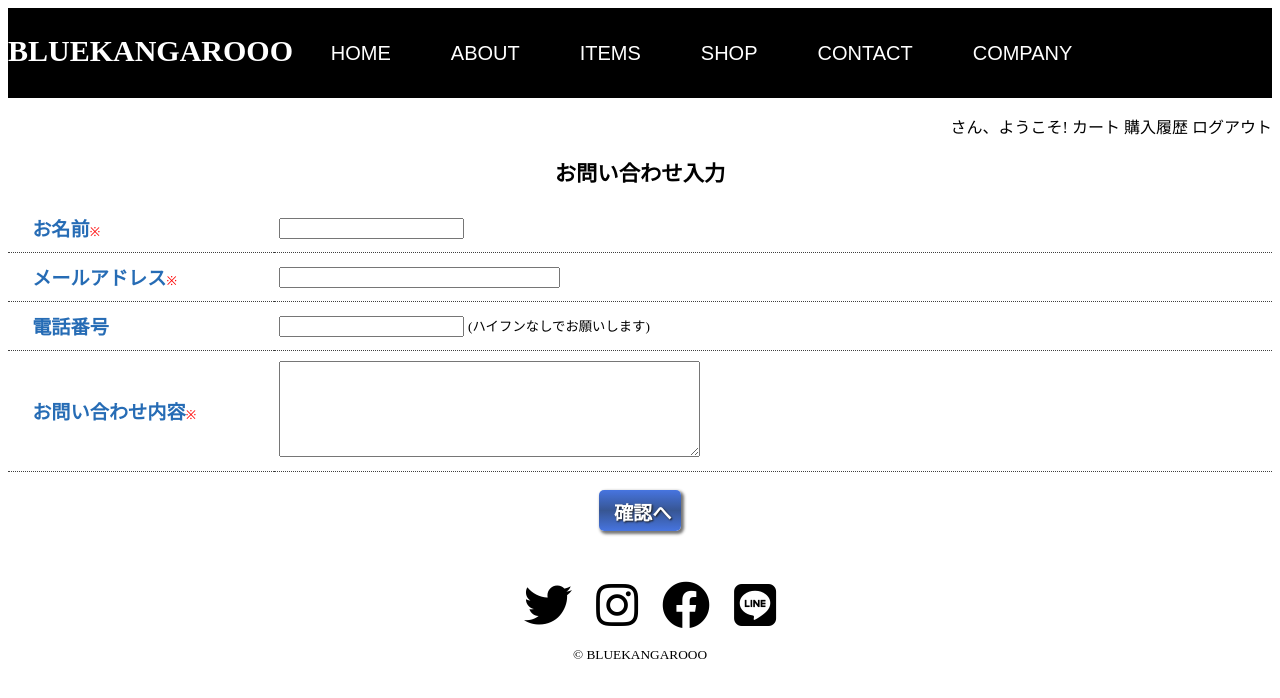
Repository: xiezom/test
Page: http://localhost/ecsite/contact.jsp
An editor plug-in stored every save of this project. The page is shown before and after the next save, followed by the edit.
The browser window is 1280 px wide. The pictures show the whole page.
Some web libraries are served in a nearby version. The page is served by Tomcat 9. Other server files are loaded and not shown.

Above is the page before, as saved 2019-03-29 06:08:49.

### ecsite/WebContent/contact.jsp
<%@ page language="java" contentType="text/html; charset=UTF-8"
    pageEncoding="UTF-8"%>
<%@ taglib prefix="s" uri="/struts-tags"%>
<!DOCTYPE html>
<html>
<head>

	<meta http-equiv="Content-Type" content="text/html; charset=utf8"/>
	<meta http-equiv="Content-Style-Type" content="text/css"/>
	<meta http-equiv="Content-Script-Type" content="text/javascript"/>
	<meta http-equiv="imagetoolbar" content="no">
	<meta name="description" content=""/>
	<meta name="keywords" content=""/>

	<title>CONTACT</title>

	<link rel="stylesheet" type="text/css" href="./css/contact.css">
	<link rel="stylesheet" href="https://use.fontawesome.com/releases/v5.8.1/css/all.css">

	<!--
	<script type="text/javascript" src="./jquery-2.1.1.min.js"></script>
	-->
	<script src="https://ajax.googleapis.com/ajax/libs/jquery/2.1.1/jquery.min.js"></script>
	<script type="text/javascript" src="./js/contact.js"></script>

</head>
<body>
	<div class="header">
		<h1 class="logo">BLUEKANGAROOO</h1>
		<ul>
            <li><a href='<s:url action="GoHomeAction"/>'>HOME</a></li>
            <li><a href='<s:url action="AboutAction"/>'>ABOUT</a></li>
            <li><a href='<s:url action="HomeAction"/>'>ITEMS</a></li>
            <li><a href="">SHOP</a></li>
            <li><a href='<s:url action="ContactAction"/>'>CONTACT</a></li>
            <li><a href="">COMPANY</a></li>
        </ul>

	</div>
	<div>
    	<p class="welcome">
	        <s:property value="session.user_name"/>さん、ようこそ!
	        <a href='<s:url action="MyCartAction"/>'>カート</a>
	        <a href='<s:url action="MyPageAction" />'>購入履歴</a>
	        <a href='<s:url action="LogoutAction" />'>ログアウト</a>
    	</p>
	</div>

	<div class="main">
		<div id="contact" class="contents">
		<form name="contactForm" method="post" action="./contact.php" class="ContactForm">
			<!-- お問い合わせ内容-->
			<div id="contactInfos">
				<div id="v1" class="ItemContent"><!-- 入力画面 -->
					<h2 class="Ttl"><span>お問い合わせ入力</span></h2>
				      <table class="Tbl">
				        <tbody>
				          <tr>
				            <td class="TxtR">お名前<em>※</em></td>
				            <td><input type="text" name="user_name" class="IText ChangeConfirm ImeModeActive IO" data-rule="required" data-confirm="c_userName" title="お名前"></td>
				          </tr>
				          <tr>
				            <td class="TxtR">メールアドレス<em>※</em></td>
				            <td><input name="email" class="IText ChangeConfirm IO" type="email" size="32" maxlength="128" data-rule="required,email" data-confirm="c_email" title="メールアドレス"></td>
				          </tr>
				          <tr>
				            <td class="TxtR">電話番号</td>
				            <td><input name="tel" class="IText ChangeConfirm IO" type="tel" data-rule="tel" data-confirm="c_tel" title="電話番号" >
				              <small>(ハイフンなしでお願いします)</small>
				            </td>
				          </tr>
				          <tr>
				            <td class="TxtR">お問い合わせ内容<em>※</em></td>
				            <td><textarea name="contents" class="ITextArea ChangeConfirm ImeModeActive IO" cols="50" rows="6" maxlength="1000" data-rule="required" data-confirm="c_infos" title="お問い合わせ内容"></textarea></td>
				          </tr>
				        </tbody>
				      </table>
		      		<br>
		      		<input type="button" class="Btn" value=" 確認へ" id="goConfirm">
		      		<br>
		      	</div><!-- //入力画面 -->

		      	<div id="v2" class="ItemContent" style="display:none;"><!-- 確認画面 -->
					<h2 class="ttl"><span>お問い合わせ確認</span></h2>
				      <table class="Tbl">
				        <tbody>
				          <tr>
				            <td class="TxtR">お名前<em>※</em></td>
				            <td><span id="c_userName"></span></td>
				          </tr>
				          <tr>
				            <td class="TxtR">メールアドレス<em>※</em></td>
				            <td><span id="c_email"></span></td>
				          </tr>
				          <tr>
				            <td class="TxtR">電話番号</td>
				            <td><span id="c_tel"></span>
				            </td>
				          </tr>
				          <tr>
				            <td class="TxtR">お問い合わせ内容<em>※</em></td>
				            <td><span id="c_infos"></span></td>
				          </tr>
				        </tbody>
				      </table>
		      		<div style="margin:1rem;">
		      		<input type="button" class="Btn BackBtn" value=" 修正する " id="goBack">　<input type="submit" class="Btn" value=" 送信する ">
		      		</div>
		      	</div><!-- 確認画面 -->

		     </div><!-- お問い合わせ内容-->
		</form>
		</div>
	</div>

	<div class="footer">
	<nav>
		<ul class="social">
			<li><a href="https://twitter.com/brue61663564" target="_blank"><i class="fab fa-twitter fa-3x"></i></a>
			</li>
			<li><a href="" target="_blank"><i class="fab fa-instagram fa-3x"></i></a>
			</li>
			<li><a href="" target="_blank"><i class="fab fa-facebook fa-3x"></i></a>
			</li>
			<li><a href="" target="_blank"><i class="fab fa-line fa-3x"></i></a>
			</li>
		</ul>
	</nav>
		<p class="copy"><small>&copy; BLUEKANGAROOO</small></p>
	</div>

</body>
</html>

### ecsite/WebContent/css/contact.css
@CHARSET "utf-8";

		a {
			text-decoration: none;
			color: black;
			position: relative;
  			display: inline-block;
		}

		a::after {
			position: absolute;
			bottom: -4px;
			left: 0;
			content: '';
			width: 100%;
			height: 2px;
			background: #333;
			transform: scale(0, 1);
			transform-origin: center top;
			transition: transform .3s;
		}

		a:hover::after {
			  transform: scale(1, 1);
		}

		ul {
			list-style-type: none;
		}

		.top {
			width: 780px;
			margin: 30px auto;
			border: 1px solid #333;
		}

		.header {
			width: 100%;
			height: 90px;
			background-color: black;
			overflow: hidden;
		}

		.logo {
			margin-top: -2px;
			float: left;
			width: 20%;
			line-height: 90px;
			color: white;
			font-family: robot;
			font-size: 30px;
		}

		.header ul {
			text-align: center;
			float: left;
			margin: 0 auto;
		}

		.header ul {
			text-align: center;
			float: left;
			margin: 0 auto;
		}

		.header ul li {
		    float: left;
		    padding-left: 30px;
		    padding-right: 30px;
		    line-height: 90px;
		    font-size: 20px;
		    font-family: 游ゴシック, YuGothic, meiryo, sans-serif;
		    color: #fff;
		    transition: background-color 2s;
		}

		.header ul li a {
			color: white;
		}

		.header li:hover {
			background-color: #585649;
			transition: background-color 800ms;
		}

		.header ul li a:visited {
			color: white;
		}

		.welcome {
			text-align: right;
		}

		.main {
			clear: both;
			width: 100%;
			height: auto;
			text-align: center;
		}

		table.Tbl {
			border-collapse: collapse;
			border: 0;
			width: 100%;
		}
		table.Tbl td {
			border-bottom: dotted 1px #404040;
			text-align: left;
		}
		td.txtRight {
			text-align: right;
		}
		table.Tbl td:first-child {
			color: #266CB5;
			padding: 10px 0 10px 5px;;
			width: 20%;
			font-weight: bold;
			font-size: 1.2em;
		  	text-indent: 1em;
		}
		table.Tbl td:last-child {
			padding: 10px 0 10px 5px;;
			width: 75%;
		}


		td.TxtR {
			text-align: right;
		}

		/* ======== お問い合わせ枠CSS ========== */
		.ITxt {
			min-width: 13em;
			background: #f4f4f4;
			background: -webkit-gradient(linear, left top, left bottom, from(#fff), to(#f4f4f4));
			background: -moz-linear-gradient(top, #fff, #f4f4f4);
			border: 2px solid #DADADA;
			padding: 5px 0;
			-webkit-box-shadow: inset 0 2px 3px rgba(0,0,0,.1);
			-moz-box-shadow: inset 0 2px 3px rgba(0,0,0,.1);
			box-shadow: inset 0 2px 3px rgba(0,0,0,.1);
			-webkit-appearance: none;
			color: #403071;
			font-size: 150%;
			font-weight: bold;
			ime-mode: auto;
		}
		.ImeModeActive {
			ime-mode: active;   /* 全角モード */
		}

		.Btn {
		    /* 文字サイズを1.2emに指定 */
		    font-size: 1.2em;
		    /* 文字の太さをboldに指定 */
		    font-weight: bold;
		    /* 縦方向に10px、
		     * 横方向に30pxの余白を指定 */
		    padding: 8px 10px 5px;
		    /* 文字色を白色に指定 */
		    color: #fff;
		    /* ボーダーをなくす */
		    border-style: none;
		    /* ボタンの影の指定
			 */
		    box-shadow: 2px 2px 3px 1px #666;
		    -moz-box-shadow: 2px 2px 3px 1px #666;
		    -webkit-box-shadow: 2px 2px 3px 1px #666;
		    /* テキストの影の指定 */
		    text-shadow: 1px 1px 2px #000;
		    /* グラデーションの指定 */
		    background: -moz-linear-gradient(bottom, #36d, #248 50%, #36d);
		    background: -webkit-gradient(linear, left bottom, left top, from(#36d), color-stop(0.5, #248), to(#36d));
		    /* 角丸の指定 */
		    -moz-border-radius: 5px;
		    -webkit-border-radius: 5px;
		    border-radius: 5px;
		    /* 透明度を10%に指定 */
		    opacity: 0.9;
		}

		.Btn:hover {
		    opacity: 1;
		    cursor:pointer;
		}


		.Ttl {
			font-size: 16pt;
			font-weight: bolder;
			text-align: center;
		}
		em {
			color: red;
			font-size: 65%;
			font-weight: normal !important;
			font-style: normal;
		}

		.ErrorIo {
			/* Firefox */
			background: -moz-linear-gradient(top center, pink 0%, pink 100%);
			/* Chrom と Safari */
			background: -webkit-gradient(linear, center top, center bottom, from(pink), to(pink));
			/* 共通 */
			background: linear-gradient(top center, pink 0%, pink 100%);
			background-color: pink;
		}

		.footer {
			margin-top: 50px;
			width:100%;
			height: 80px;
			clear: both;
			text-align: center;
		}

		.sosial {
			text-align: center;
		}
		.social li {
			display: inline-block;
			margin-right: 20px;
		}

		.fab {
			color: black;
		}

		.copy {
			clear: both;
			text-align: center;
		}

### ecsite/WebContent/js/contact.js
/**
 *
 */

$ (function(){

	// 入力テキストの値が変わったら、確認画面の項目に同期する
	$('#v1 table tr td .ChangeConfirm').change(function() {
	    relationId = $(this).data('confirm');
	    $("#"+relationId).html($(this).val().replace(/\n/g,"<br>\n"));
	});

	// 「確認へ」ボタン押下
	$("#goConfirm").click(function(){
		// Validationチェック
		checkFlag = valiCheck('contactForm');
		//チェックOKなら、確認表示へ切替
		if(checkFlag){
			$("#v1").hide();
			$("#v2").show(100);
		}
	});

	// 「修正する」ボタンを押下
	$("#goBack").click(function(){
	  	$("#v2").hide();
	    $("#v1").show(100);
	});
});

/*
 * Formのバリデーションチェック
 * formName string Form名前
 * return boolen true：OK false：NG
 */
function valiCheck(formName) {
	checkFlag = true;
	var msg = "";
	$('form[name='+formName+'] .IO').each(function(i, elem) {
    	//console.log(i + ': ' + $(elem).val());
    	var rules = $(elem).data('rule').split(',');
    	for(var j=0; j<rules.length; j++) {
    		// 必須チェックと後続処理
    		if(checkFlag && rules[j] == 'required'){
    			checkFlag = checkRequired(elem);
    			if(!checkFlag) {
    				msg = '#ITEM#は必須です。';
    				break;
    			}
    		}
    		// 電話番号チェックと後続処理
    		if(checkFlag && rules[j] == 'tel') {
    			checkFlag = checkTel(elem);
    			if(!checkFlag) {
    				msg = '#ITEM#は不正です。';
    				break;
    			}
    		}
    		// メアドチェックと後続処理
    		if(checkFlag && rules[j] == 'email') {
    			checkFlag = checkEmail(elem);
    			if(!checkFlag) {
    				//alert($(elem).attr('title') +'は不正です。');
    				msg = '#ITEM#は不正です。'
    				break;
    			}
    		}
    	}

    	if(checkFlag) {
    		$(elem).removeClass('ErrorIo');// if has
    	}else {
    		$(elem).addClass('ErrorIo');
    		alert(msg.replace(/#ITEM#/, $(elem).attr('title')));
    		return false;
    	}

	});

	return checkFlag;
}

/*
 * 必須チェック
 * elem document.element チェック対象
 * return boolen true：OK false：NG
 */
function checkRequired(elem) {
	if($(elem).val() == '') {
		return false;
	}
	return true;

}
/*
 * 電話番号チェック
 * elem document.element チェック対象
 * return boolen true：OK false：NG
 */
function checkTel(elem) {
	if($(elem).val() =='') {return true;}
	if(!$(elem).val().match(/^\d{2,5}\d{1,4}\d{4}$/)) {
		return false;
	}
	return true;
}

/*
 * メールアドレスチェック
 * elem document.element チェック対象
 * return boolen true：OK false：NG
 */
function checkEmail(elem) {
	if($(elem).val() =='') {return true;}
	if(!$(elem).val().match(/^[a-zA-Z0-9.!#$%&'*+/=?^_`{|}~-]+@[a-zA-Z0-9-]+(?:\.[a-zA-Z0-9-]+)*$/)) {
		return false;
	}
	return true;
}

After the next save:
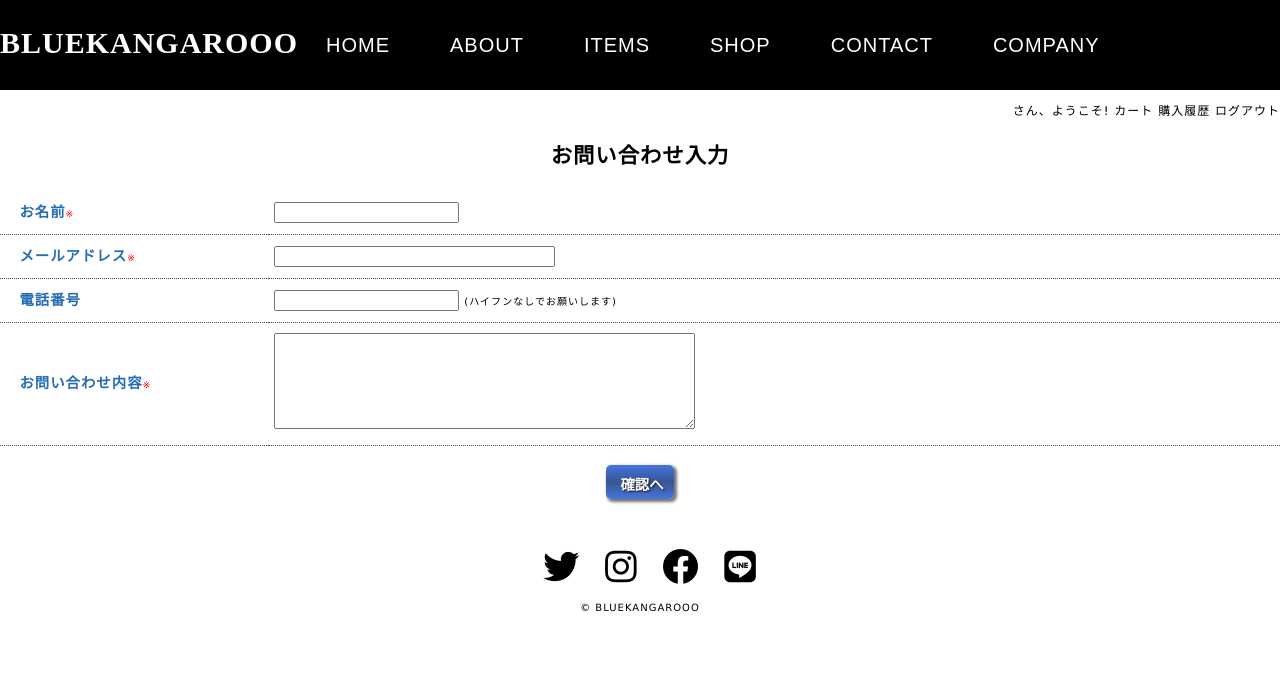
Saved 53 s later.
--- a/ecsite/WebContent/css/contact.css
+++ b/ecsite/WebContent/css/contact.css
@@ -1,4 +1,14 @@
 @CHARSET "utf-8";
+
+		body {
+			margin: 0;
+			padding: 0;
+			line-height: 1.6;
+			letter-spacing: 1px;
+			font-family: Verdana,Helvetica,sans-serif;
+			font-size: 12px;
+			background: #fff;
+		}
 
 		a {
 			text-decoration: none;
